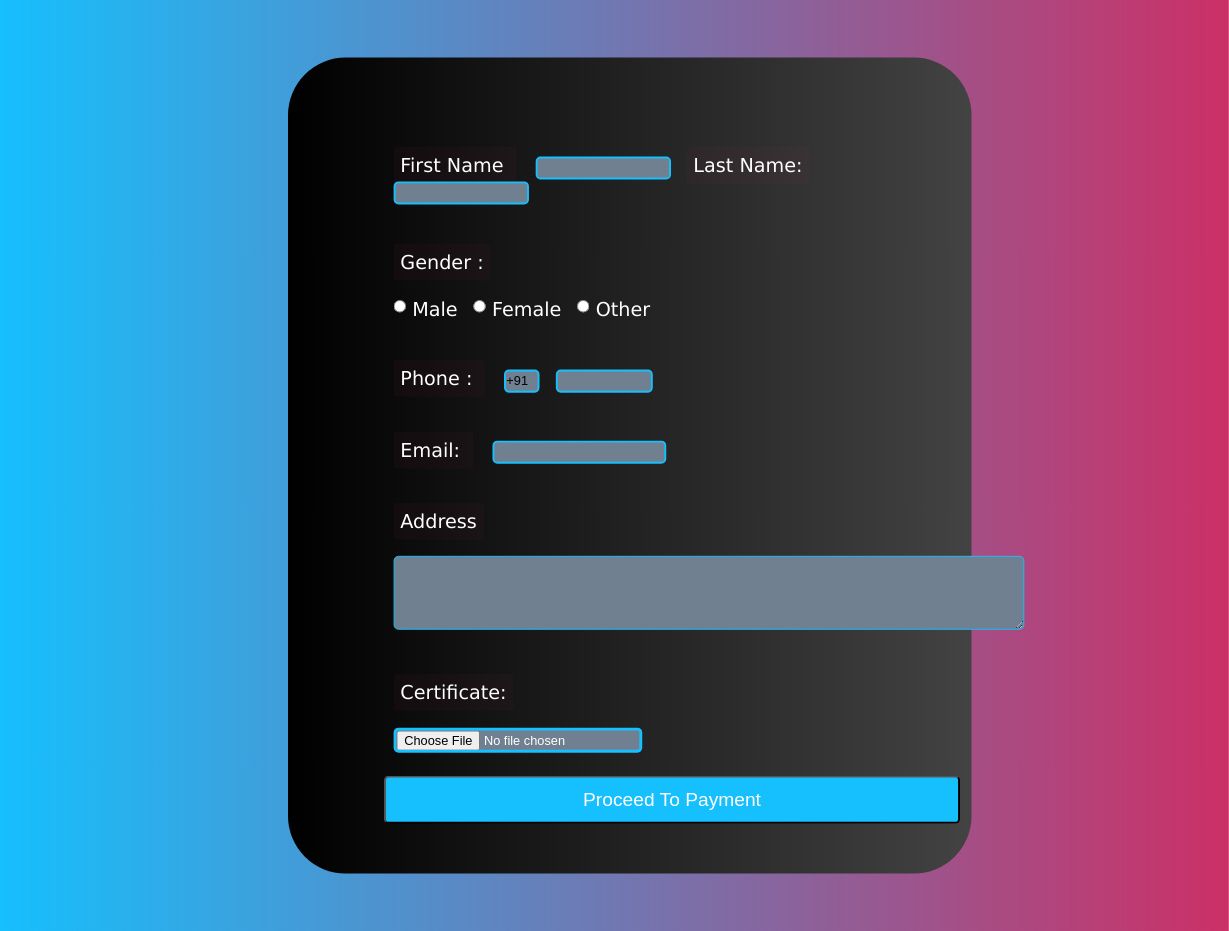
Repository: sarthakkathpalia/elliptical
Page: html/form.html
An editor plug-in stored every save of this project. The page is shown before and after the next save, followed by the edit.
The browser window is 1280 px wide. The pictures show the whole page, at 96% of full size.

Above is the page before, as saved 2021-10-30 18:14:47.

### html/form.html
<!DOCTYPE html>
<html lang="en">
<head>
    <meta charset="UTF-8">
    <meta http-equiv="X-UA-Compatible" content="IE=edge">
    <meta name="viewport" content="width=device-width, initial-scale=1.0">
    <title>form</title>
</head>
<style>
        *{
        padding: 0%;
        margin: 0%;
            }
        input{
            border-radius: 5px;
            margin-left: 10px;
            height: 20px;
            background-color: slategray;
            border-style: solid;
            border-color: #16BFFD;
        }
        textarea{
            border-radius: 5px;
            margin-left: 10px;

            background-color: slategray;
            border-style: solid;
            border-color: #16BFFD;
        }
        label{
            background-color: #cb30660a;
            padding: 7px;
            margin: 10px;
            border-radius: 2px;
        }
        .book{
            display:flex;
            align-items: center;

            background-image: linear-gradient(to right ,#16BFFD,#CB3066);
        }
        .box{
            font-family:'Lucida Sans', 'Lucida Sans Regular', 'Lucida Grande', 'Lucida Sans Unicode', Geneva, Verdana, sans-serif;
            border-radius: 60px;
            font-size: 20px;
            color: white;
            background-image: linear-gradient(to right , #000000,#434343);
            width: 40%;
            height: 650px;
            margin-top: 60px;
            margin-bottom: 60px;
            margin-left: 300px;
            padding: 100px;
        }
        button{
            background-color:#16BFFD ;
            width: 600px;
            height: 50px;
            border-radius: 5px;
        }
        a{
            color: white;
            font-size: 20px;
            text-decoration: none;
        }

</style>
<body>
    <form class="book">
      <div class="box">
        <label> First Name </label>
        <input type="text" name="firstname" size="15"/>
        <label> Last Name: </label>
        <input type="text" name="lastname" size="15"/> <br> <br> <br>

        <label>
        Gender :
        </label><br>  <br>
        <input type="radio" name="male"/> Male
        <input type="radio" name="female"/> Female
        <input type="radio" name="other"/> Other
        <br>
        <br>
          <br>
        <label>
        Phone :
        </label>
        <input type="text" name="country code"  value="+91" size="2"/>
        <input type="text" name="phone" size="10"/> <br> <br>  <br>
        <label>
            Email:
        </label>
        <input type="email" id="email" name="email"/> <br>
        <br><br>
        <label>
            Address
        </label>
        <br>
        <br>
        <textarea cols="80" rows="5" value="address">
        </textarea>
        <br> <br>  <br>

        <label>
            Certificate:
        </label>
        <br>
        <br>
        <input type="file" id="image-input" accept="image/*">
        <br>
        <br>

        <button><a href="index.html">Proceed To Payment</a></button>
    </div>
        </form>
</body>
</html>

After the next save:
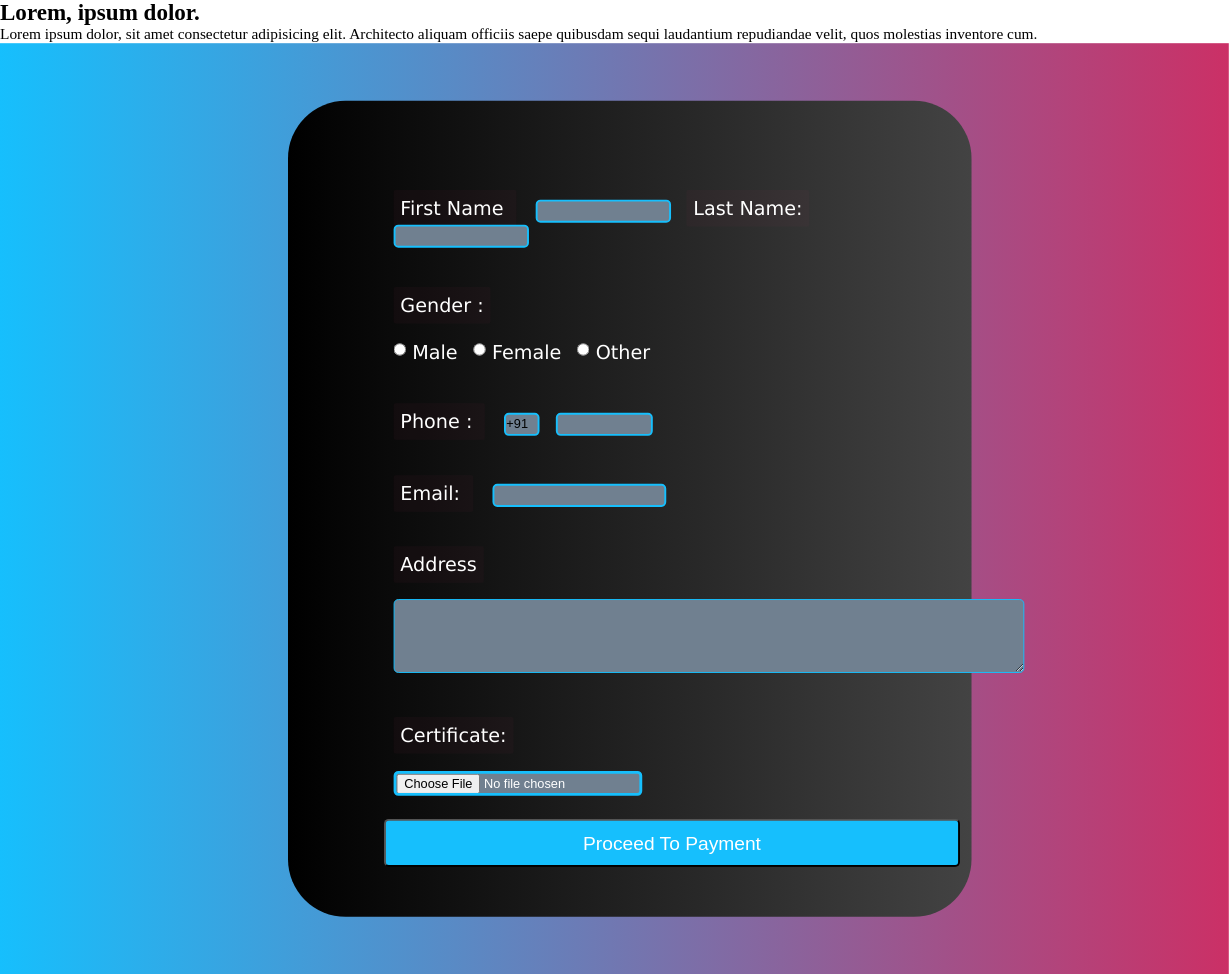
Saved 72 s later.
--- a/html/form.html
+++ b/html/form.html
@@ -66,6 +66,10 @@
 
 </style>
 <body>
+    <div class="head">
+        <h2>Lorem, ipsum dolor.</h2>
+        <p>Lorem ipsum dolor, sit amet consectetur adipisicing elit. Architecto aliquam officiis saepe quibusdam sequi laudantium repudiandae velit, quos molestias inventore cum.</p>
+    </div>
     <form class="book">
       <div class="box">
         <label> First Name </label>
